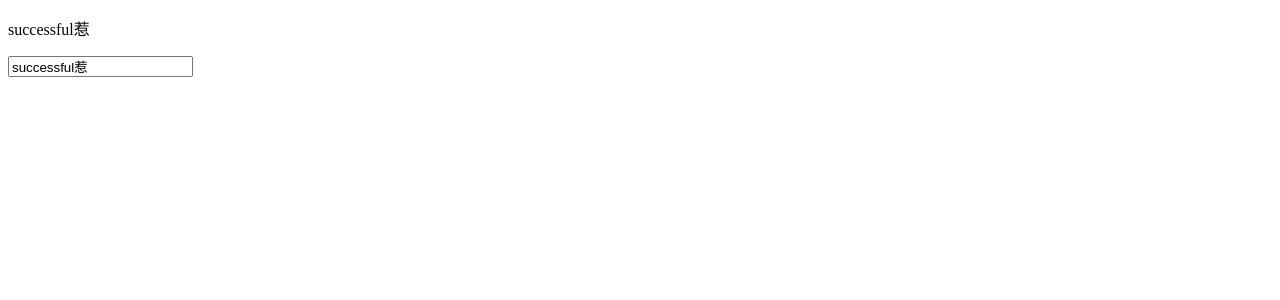
Repository: cyanl77/mvvm
Page: practice.html
An editor plug-in stored every save of this project. The page is shown before and after the next save, followed by the edit.
The browser window is 1280 px wide. The pictures show the whole page.

Above is the page before, as saved 2019-05-10 15:15:21.

### practice.html
<!DOCTYPE html>
<html lang="en">
<head>
    <meta charset="UTF-8">
    <title>Title</title>
</head>
<body>
    <div id="app">
        <p>{{a}}</p>
        <input v-model="a" class="test">
        {{a}}
    </div>
<script src="./compile.js"></script>
<script src="./mvvm.js"></script>
<script>
    new Vue({
        el: 'app',
        data: {
           a: 'successful惹',
           message: {
               a: 2
           }
        }
    })
</script>
</body>
</html>

### compile.js
class Compile {
    constructor (el,vm) {
        let fragment = document.createDocumentFragment();
        let nodes = el.childNodes;
        this.el = el;
        this.vm = vm;
        console.log(nodes);

        //将document中的节点移动到fragment中处理
        //由于childnodes被加入fragment一个时就自动少一个，不能用foreach来加入fragment, foreach内部计数对元素进行执行。
        //childNodes只返回第一层节点
        while(nodes.length > 0) {
            fragment.appendChild(nodes[0]);
        }

        //在模板中解析vue相关模板
        this.compileFragment(fragment);
        this.el.appendChild(fragment);
    }

    //辅助方法
    isDirection(attr) {
        return attr.includes('v-');
    }

    //核心方法

    //遇到element node需要继续遍历其子节点故需要递归
    compileFragment(fragment) {
        let vNodes = fragment.childNodes;
        Array.from(vNodes).forEach( vNode => {
            if(vNode.nodeType === 1) {
                this.compileElementNode(vNode);
                this.compileFragment(vNode);
            } else if(vNode.nodeType === 3) { //这特么怎么写的，回车咋处理？textContent
                this.compileTextNode(vNode);
            }
        });
    }

    compileElementNode(node) {
        let vAttrs = node.attributes; //这里返回的是属性节点集合,集合没有继承forEach
        Array.from(vAttrs).forEach(attr => { //类数组集合转数组
            let attrName = attr.name;
            if(this.isDirection(attrName)) {
                let [,type] = attrName.split('-'),
                    expr = attr.value,
                    value = this.getValue(this.vm, expr);
                Updater[type](node, value);
            }
        })
    }

    compileTextNode(node) {
        console.log(node);
        let reg = /\{\{([^\}]+)\}\}/g;
        let expr = node.textContent.replace(reg,'$1');
        let value = this.getValue(this.vm, expr);
        Updater['text'](node, value);
    }

    getValue (vm, expr) {
        return vm.$data[expr];
    }
}

const Updater = {
    model (node, value) {
        node.value = value;
    },
    text (node, value) {
        node.textContent = value;
    }
}

### mvvm.js
class Vue {
    constructor (options) {
        this.$data = options.data;
        this.$el = options.el;
        if(typeof this.$el === "string" ) { //if(Object.prototype.toString.call(this.$el) === '[object String]')
            let elNode = document.getElementById(this.$el);
            new Compile (elNode, this);
        }
    }
}

After the next save:
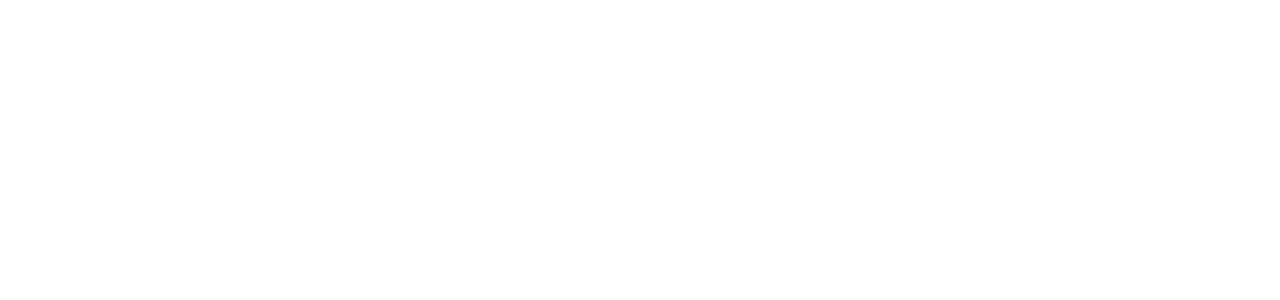
Console error: ReferenceError: node is not defined
Saved 54 s later.
--- a/compile.js
+++ b/compile.js
@@ -33,6 +33,7 @@
                 this.compileElementNode(vNode);
                 this.compileFragment(vNode);
             } else if(vNode.nodeType === 3) { //这特么怎么写的，回车咋处理？textContent
+                console.log(node);
                 this.compileTextNode(vNode);
             }
         });
@@ -52,7 +53,6 @@
     }
 
     compileTextNode(node) {
-        console.log(node);
         let reg = /\{\{([^\}]+)\}\}/g;
         let expr = node.textContent.replace(reg,'$1');
         let value = this.getValue(this.vm, expr);

After the save that followed:
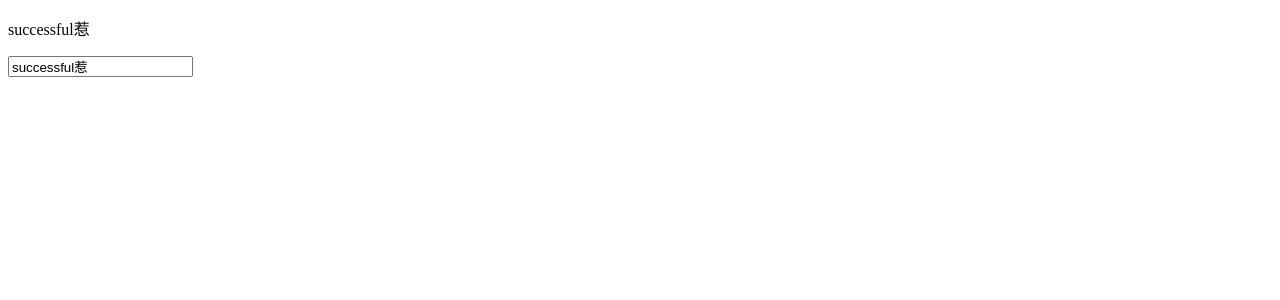
The error is gone.
Saved 12 s later.
--- a/compile.js
+++ b/compile.js
@@ -33,7 +33,7 @@
                 this.compileElementNode(vNode);
                 this.compileFragment(vNode);
             } else if(vNode.nodeType === 3) { //这特么怎么写的，回车咋处理？textContent
-                console.log(node);
+                console.log(vNode);
                 this.compileTextNode(vNode);
             }
         });
